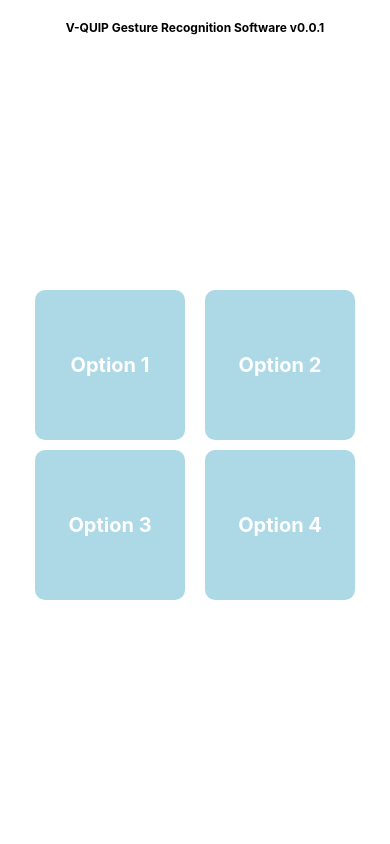
Repository: hajin-park/V-QUIP
Page: / (app in frontend/react-native-app/)
The author's editor kept a copy of each file at every save. The page is drawn from the files as they stood at one save, then again after the next save.
The browser window is 390 px wide. The pictures show the whole page.
The app was drawn by React Native's web renderer in a window 390 px wide. The project was rebuilt for these pictures with package versions that can differ from the ones it lists, and the page was loaded fresh each time.

Above is the page before, as saved 2024-03-28 20:39:44.

### frontend/react-native-app/App.js
import { StatusBar } from 'expo-status-bar';
import { StyleSheet, Text, View, TouchableOpacity } from 'react-native';

export default function App() {
  const handleOptionClick = (option) => {
    // Handle click event for the selected option
    console.log(`Option ${option} clicked`);
  };

  return (
    <View style={styles.container}>
      <Text style={styles.title}>V-QUIP Gesture Recognition Software v0.0.1</Text>
      <View style={styles.content}>
        <View style={styles.row}>
          <TouchableOpacity style={styles.box} onPress={() => handleOptionClick(1)}>
            <Text style={styles.text}>Option 1</Text>
          </TouchableOpacity>
          <TouchableOpacity style={styles.box} onPress={() => handleOptionClick(2)}>
            <Text style={styles.text}>Option 2</Text>
          </TouchableOpacity>
        </View>
        <View style={styles.row}>
          <TouchableOpacity style={styles.box} onPress={() => handleOptionClick(3)}>
            <Text style={styles.text}>Option 3</Text>
          </TouchableOpacity>
          <TouchableOpacity style={styles.box} onPress={() => handleOptionClick(4)}>
            <Text style={styles.text}>Option 4</Text>
          </TouchableOpacity>
        </View>
      </View>
      <StatusBar style="auto" />
    </View>
  );
}

const styles = StyleSheet.create({
  container: {
    flex: 1,
    backgroundColor: '#fff',
  },
  title: {
    fontSize: 12,
    fontWeight: 'bold',
    marginTop: 20,
    marginBottom: 20,
    textAlign: 'center',
  },
  content: {
    flex: 1,
    alignItems: 'center',
    justifyContent: 'center',
  },
  row: {
    flexDirection: 'row',
    justifyContent: 'center',
    marginBottom: 10,
  },
  box: {
    width: 150,
    height: 150,
    backgroundColor: '#ADD8E6', // Light blue color
    borderRadius: 10, // Rounded edges
    alignItems: 'center',
    justifyContent: 'center',
    marginHorizontal: 10,
  },
  text: {
    fontSize: 20,
    fontWeight: 'bold',
    color: '#FFFFFF', // White text color
  },
});

After the next save:
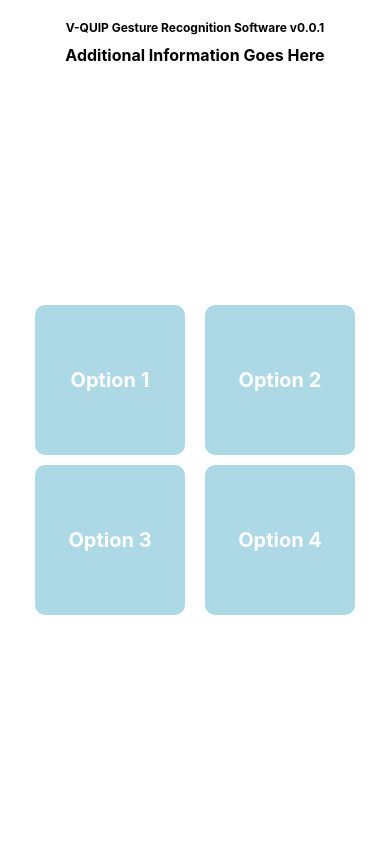
Saved 80 s later.
--- a/frontend/react-native-app/App.js
+++ b/frontend/react-native-app/App.js
@@ -10,6 +10,9 @@ export default function App() {
   return (
     <View style={styles.container}>
       <Text style={styles.title}>V-QUIP Gesture Recognition Software v0.0.1</Text>
+      <View style={styles.infoBox}>
+        <Text style={styles.infoText}>Additional Information Goes Here</Text>
+      </View>
       <View style={styles.content}>
         <View style={styles.row}>
           <TouchableOpacity style={styles.box} onPress={() => handleOptionClick(1)}>
@@ -42,8 +45,17 @@ const styles = StyleSheet.create({
     fontSize: 12,
     fontWeight: 'bold',
     marginTop: 20,
+    marginBottom: 10,
+    textAlign: 'center',
+  },
+  infoBox: {
+    alignItems: 'center',
     marginBottom: 20,
-    textAlign: 'center',
+  },
+  infoText: {
+    fontSize: 16,
+    fontWeight: 'bold',
+    color: '#000000',
   },
   content: {
     flex: 1,
